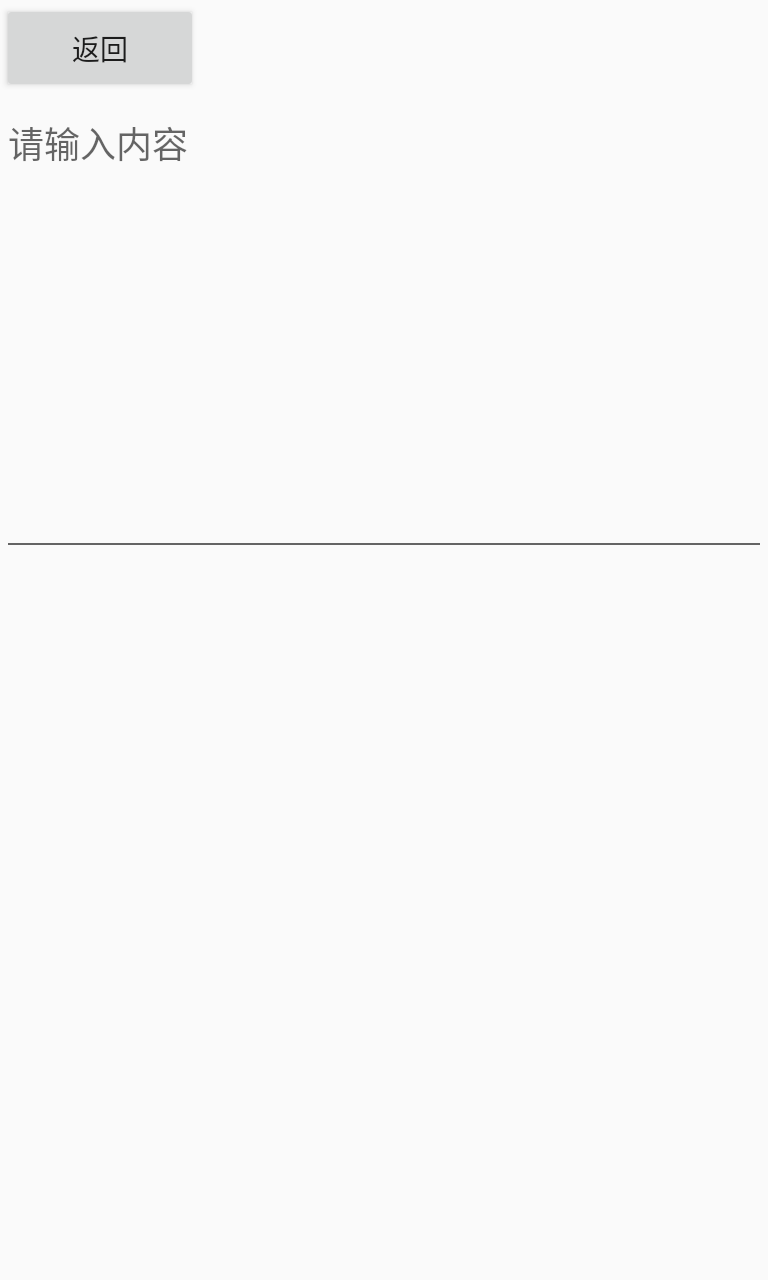
Repository: mxfpaul/Test
Layout: Note/MyNote2/res/layout/newnote.xml
An editor plug-in stored every save of this project. The layout is shown before and after the next save, followed by the edit.
It is drawn on a 768 x 1280 px phone screen (xhdpi) without system bars, with theme AppTheme; the app's code is not run.

Above is the layout before, as saved 2014-11-19 23:19:31.

After the next save:
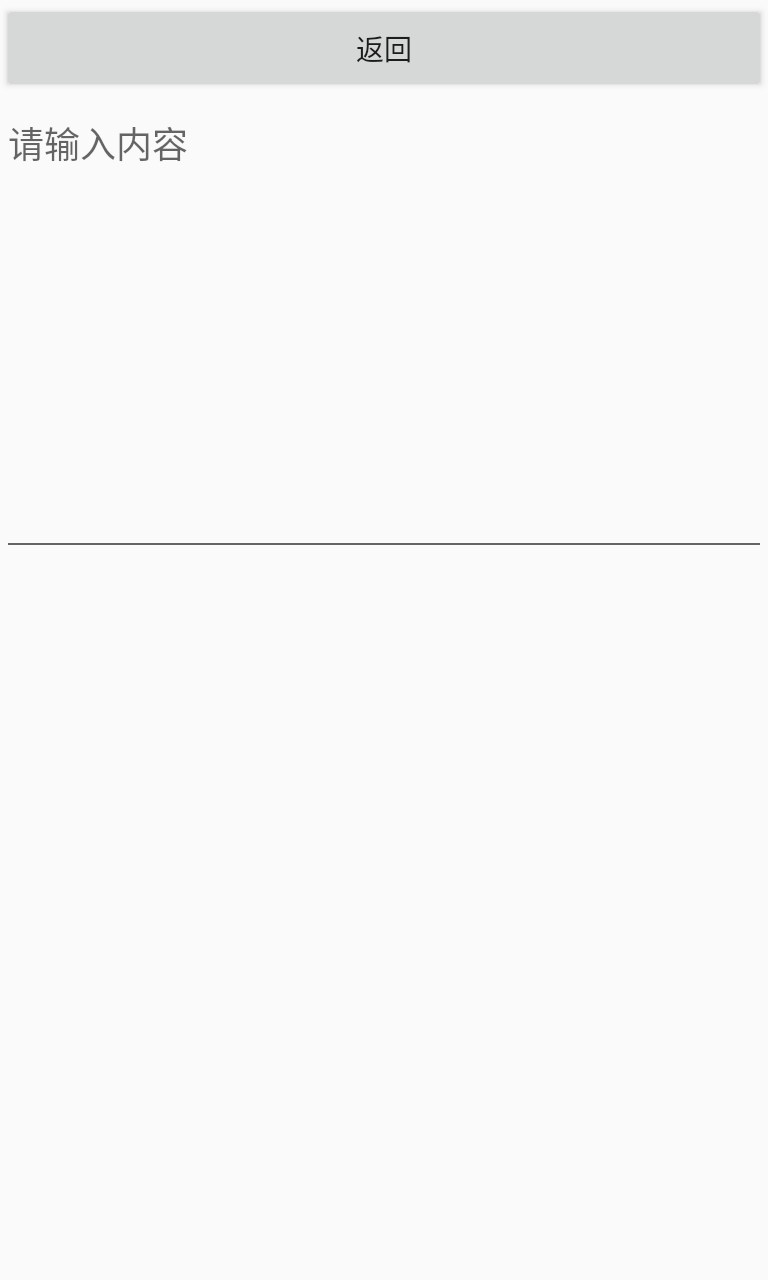
Saved 9 s later.
--- a/Note/MyNote2/res/layout/newnote.xml
+++ b/Note/MyNote2/res/layout/newnote.xml
@@ -14,7 +14,7 @@
         <Button
             android:id="@+id/new_button_setting"
             android:layout_width="100dp"
-
+            android:layout_weight="1"
             android:text="@string/new_button_text1" />
 		<!--
         <TextView
